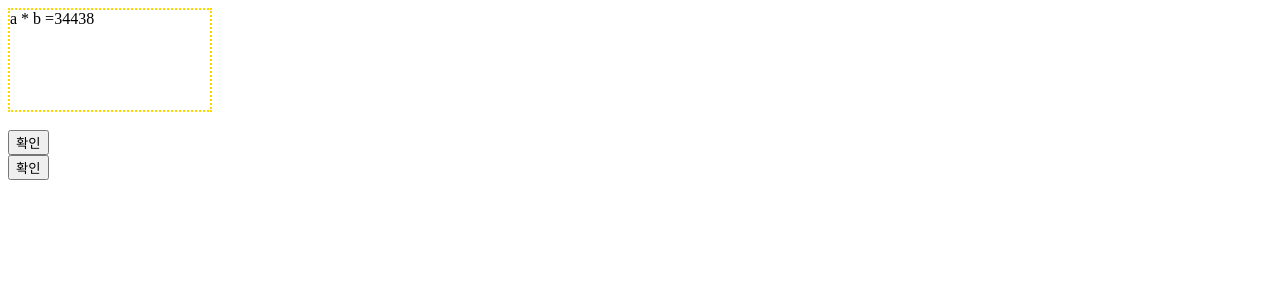
Repository: seonyeob94/BasicWeb
Page: webpro/src/main/webapp/0314/출력_test.html
These files come from the project's save history. The page is drawn as it stood at one moment and after the next save; the edit follows.
The browser window is 1280 px wide. The pictures show the whole page.
After loading, the first visible `input[onclick="calc()"]` was clicked once.

Above is the page before, as saved 2025-03-14 02:26:56.

After the next save:
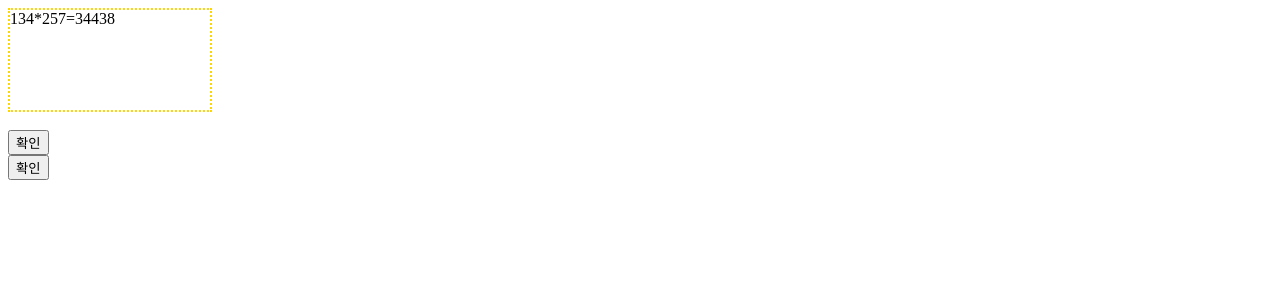
Saved 60 s later.
--- a/webpro/src/main/webapp/0314/출력_test.html
+++ b/webpro/src/main/webapp/0314/출력_test.html
@@ -48,7 +48,7 @@ div{
 	  console.log("a*b=", c);
 
 	  let res = document.getElementById('result');
-	  res.innerHTML = " a * b =" + c;
+	  res.innerHTML = a +"*"+ b+ "=" + c;
   }
   </script>
 </head>
